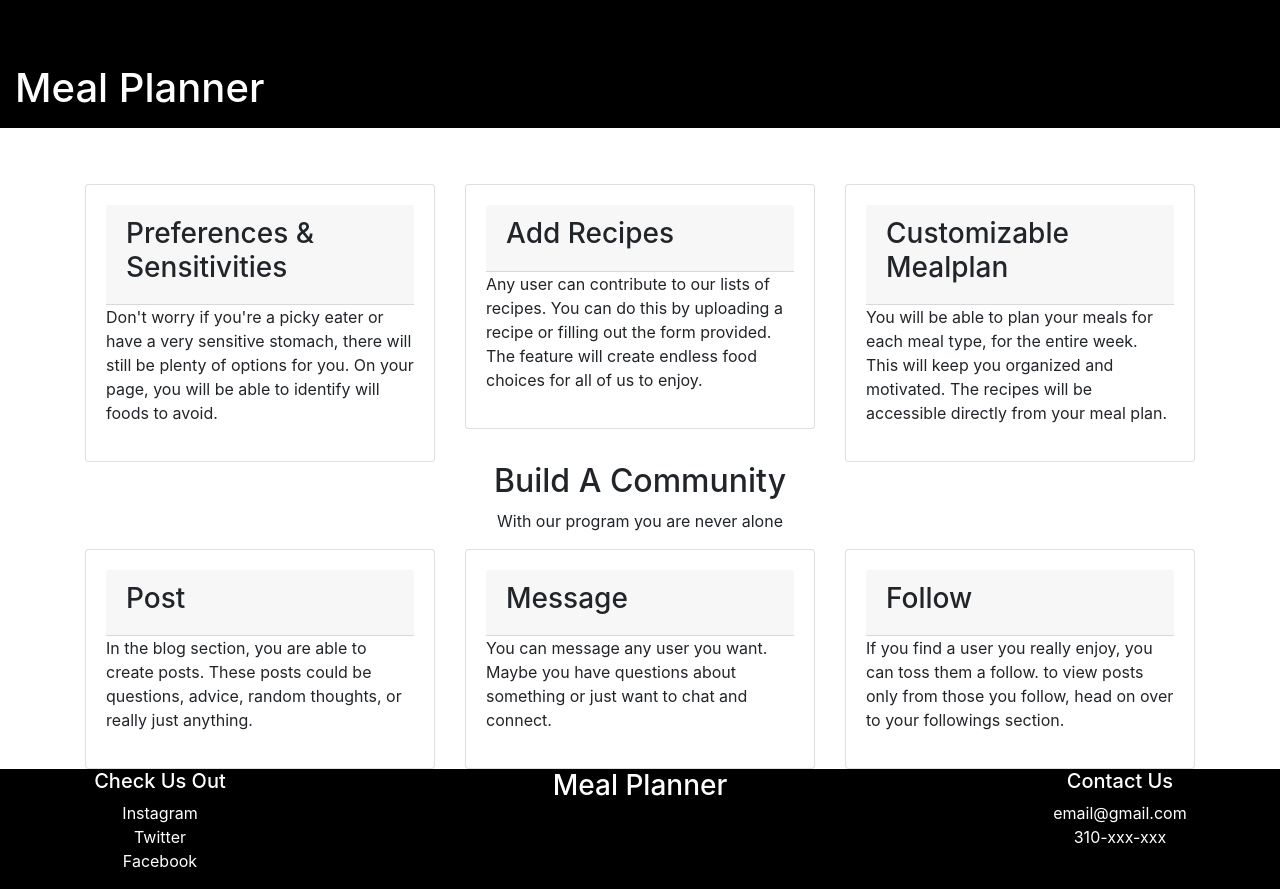
Repository: madisonisfan/mealplanner-react
Page: /
An editor plug-in stored every save of this project. The page is shown before and after the next save, followed by the edit.
The browser window is 1280 px wide. The pictures show the whole page.
The project was rebuilt for these pictures with package versions that can differ from the ones it lists, and the page was loaded fresh each time.

Above is the page before, as saved 2021-04-18 14:08:28.

### src/App.js
import React, { Component } from "react";
import "./App.css";
import Main from "./components/MainComponent";
import { BrowserRouter } from "react-router-dom";

class App extends Component {
  render() {
    return (
      <BrowserRouter>
        <div className="App">
          <Main />
        </div>
      </BrowserRouter>
    );
  }
}

export default App;

### src/App.css
.jumbotron {
  height: 100px;
  margin: 0px !important;
  background-color: black !important;
  color: white;
}

.navbar {
  background-color: #black;
  color: black;
}

.site-footer {
  background-color: black;
  color: white;
}

### src/components/MainComponent.js
import React, { Component } from "react";
import Home from "./HomeComponent";
import MainHeader from "./HeaderComponent";
import Footer from "./FooterComponent";
import { Switch, Route, Redirect } from "react-router-dom";

class Main extends Component {
  constructor(props) {
    super(props);
    this.state = {};
  }

  render() {
    return (
      <React.Fragment>
        <MainHeader />
        <Switch>
          <Route path="/home" component={Home} />
          <Redirect to="/home" />
        </Switch>
        <Footer />
      </React.Fragment>
    );
  }
}
export default Main;

### src/components/HomeComponent.js
import React from "react";
import {
  Card,
  CardHeader,
  CardImg,
  CardText,
  CardBody,
  CardTitle,
} from "reactstrap";

function Home(props) {
  return (
    <div className="container">
      <div className="row">
        <div className="col">
          <Card>
            <CardBody>
              <CardHeader>
                <h3>Preferences & Sensitivities</h3>
              </CardHeader>
              <p>
                Don't worry if you're a picky eater or have a very sensitive
                stomach, there will still be plenty of options for you. On your
                page, you will be able to identify will foods to avoid.
              </p>
            </CardBody>
          </Card>
        </div>
        <div className="col">
          <Card>
            <CardBody>
              <CardHeader>
                <h3>Add Recipes</h3>
              </CardHeader>
              <p>
                Any user can contribute to our lists of recipes. You can do this
                by uploading a recipe or filling out the form provided. The
                feature will create endless food choices for all of us to enjoy.
              </p>
            </CardBody>
          </Card>
        </div>
        <div className="col">
          <Card>
            <CardBody>
              <CardHeader>
                <h3>Customizable Mealplan</h3>
              </CardHeader>
              <p>
                You will be able to plan your meals for each meal type, for the
                entire week. This will keep you organized and motivated. The
                recipes will be accessible directly from your meal plan.
              </p>
            </CardBody>
          </Card>
        </div>
      </div>
      {/*row*/}

      <div className="row">
        <div className="col-12 text-center">
          <h2>Build A Community</h2>
          <p>With our program you are never alone</p>
        </div>
      </div>

      <div className="row">
        <div className="col">
          <Card>
            <CardBody>
              <CardHeader>
                <h3>Post</h3>
              </CardHeader>
              <p>
                In the blog section, you are able to create posts. These posts
                could be questions, advice, random thoughts, or really just
                anything.
              </p>
            </CardBody>
          </Card>
        </div>
        <div className="col">
          <Card>
            <CardBody>
              <CardHeader>
                <h3>Message</h3>
              </CardHeader>
              <p>
                You can message any user you want. Maybe you have questions
                about something or just want to chat and connect.
              </p>
            </CardBody>
          </Card>
        </div>
        <div className="col">
          <Card>
            <CardBody>
              <CardHeader>
                <h3>Follow</h3>
              </CardHeader>
              <p>
                If you find a user you really enjoy, you can toss them a follow.
                to view posts only from those you follow, head on over to your
                followings section.
              </p>
            </CardBody>
          </Card>
        </div>
      </div>
    </div>
  );
}

export default Home;

### src/components/HeaderComponent.js
import React, { Component } from "react";
import {
  Jumbotron,
  Navbar,
  NavbarBrand,
  NavItem,
  NavLink,
  NavbarToggler,
  Collapse,
  Nav,
} from "reactstrap";

function MainHeader(props) {
  return (
    <React.Fragment>
      <Jumbotron fluid>
        <div className="container-fluid">
          <div className="row  align-items-center">
            <div className="col">
              <h1>Meal Planner</h1>
            </div>
          </div>
        </div>
      </Jumbotron>
      <MainNav />
    </React.Fragment>
  );
}

class MainNav extends Component {
  constructor(props) {
    super(props);
    this.state = {
      isNavOpen: true,
    };
  }
  toggleNav() {
    this.setState({ isNavOpen: !this.state.isNavOpen });
  }

  render() {
    return (
      <Navbar dark sticky="top" expand="md">
        <div className="container-fluid">
          <NavbarToggler isClick={this.toggleNav}></NavbarToggler>
          <Collapse isOpen={this.state.isNavOpen} navbar>
            <Nav navbar>
              <NavItem>
                <NavLink className="nav-link" to="/home">
                  Home
                </NavLink>
              </NavItem>
              <NavItem>
                <NavLink className="nav-link" to="/recipes">
                  Recipes
                </NavLink>
              </NavItem>
              <NavItem>
                <NavLink className="nav-link" to="/mealplan">
                  Mealplan
                </NavLink>
              </NavItem>
              <NavItem>
                <NavLink className="nav-link" to="/blog">
                  Blog
                </NavLink>
              </NavItem>
              <NavItem>
                <NavLink className="nav-link" to="/yourpage">
                  Your Page
                </NavLink>
              </NavItem>
            </Nav>
          </Collapse>
        </div>
      </Navbar>
    );
  }
}

export default MainHeader;

### src/components/FooterComponent.js
import React from "react";

function Footer(props) {
  return (
    <footer className="site-footer">
      <div className="container-fluid">
        <div className="row">
          <div className="col col-sm-3 text-center">
            <h5>Check Us Out</h5>
            <ul class="list-unstyled">
              <li>Instagram</li>
              <li>Twitter</li>
              <li>Facebook</li>
            </ul>
          </div>

          <div class="col-6 text-center d-none d-sm-block">
            <h3>Meal Planner</h3>
          </div>

          <div class="col col-sm-3 text-center">
            <h5>Contact Us</h5>
            <ul class="list-unstyled">
              <li>
                <a>email@gmail.com</a>
              </li>
              <li>
                <a>310-xxx-xxx</a>
              </li>
            </ul>
          </div>
        </div>
      </div>
      {/*Container */}
    </footer>
  );
}

export default Footer;

Loaded but not shown: public/index.html (common file); src/index.js (common file); src/index.css (common file); src/reportWebVitals.js (common file)

After the next save:
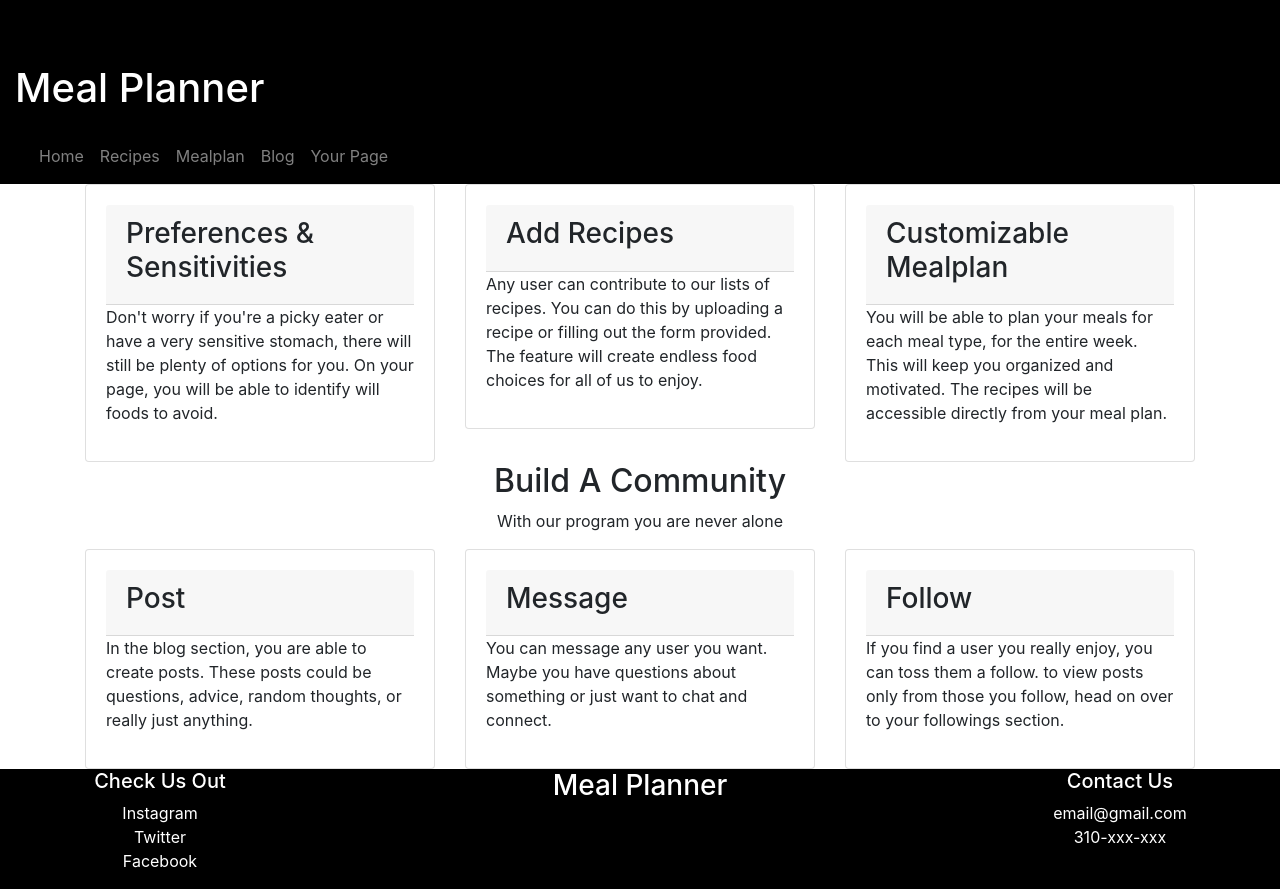
Saved 5 s later.
--- a/src/App.css
+++ b/src/App.css
@@ -6,7 +6,7 @@
 }
 
 .navbar {
-  background-color: #black;
+  background-color: black;
   color: black;
 }
 
